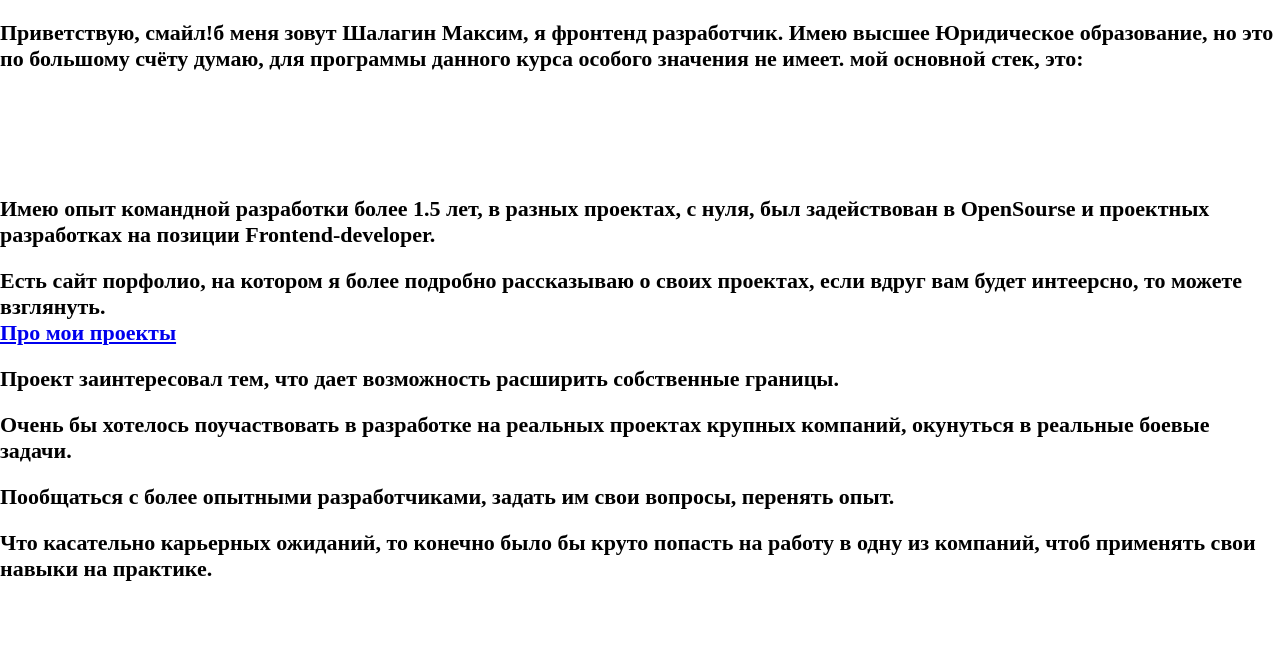
Repository: ni4egonepridumal/letter
Page: index.html
These files come from the project's save history. The page is drawn as it stood at one moment and after the next save; the edit follows.
The browser window is 1280 px wide. The pictures show the whole page.

Above is the page before, as saved 2024-01-18 17:12:29.

After the next save:
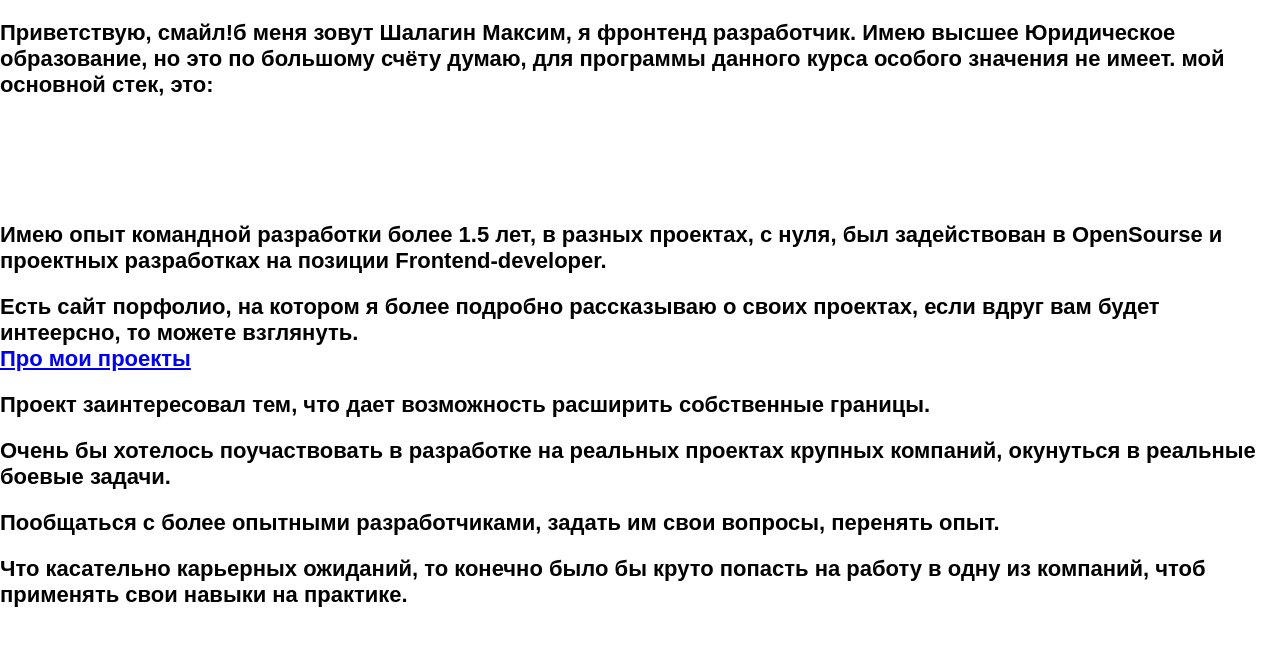
Saved 10 min 15 s later.
--- a/style.css
+++ b/style.css
@@ -7,6 +7,7 @@
 body {
   font-size: 22px;
   font-weight: 700;
+  font-family: "Oswald", sans-serif;
 }
 p {
   margin-top: 20px;
